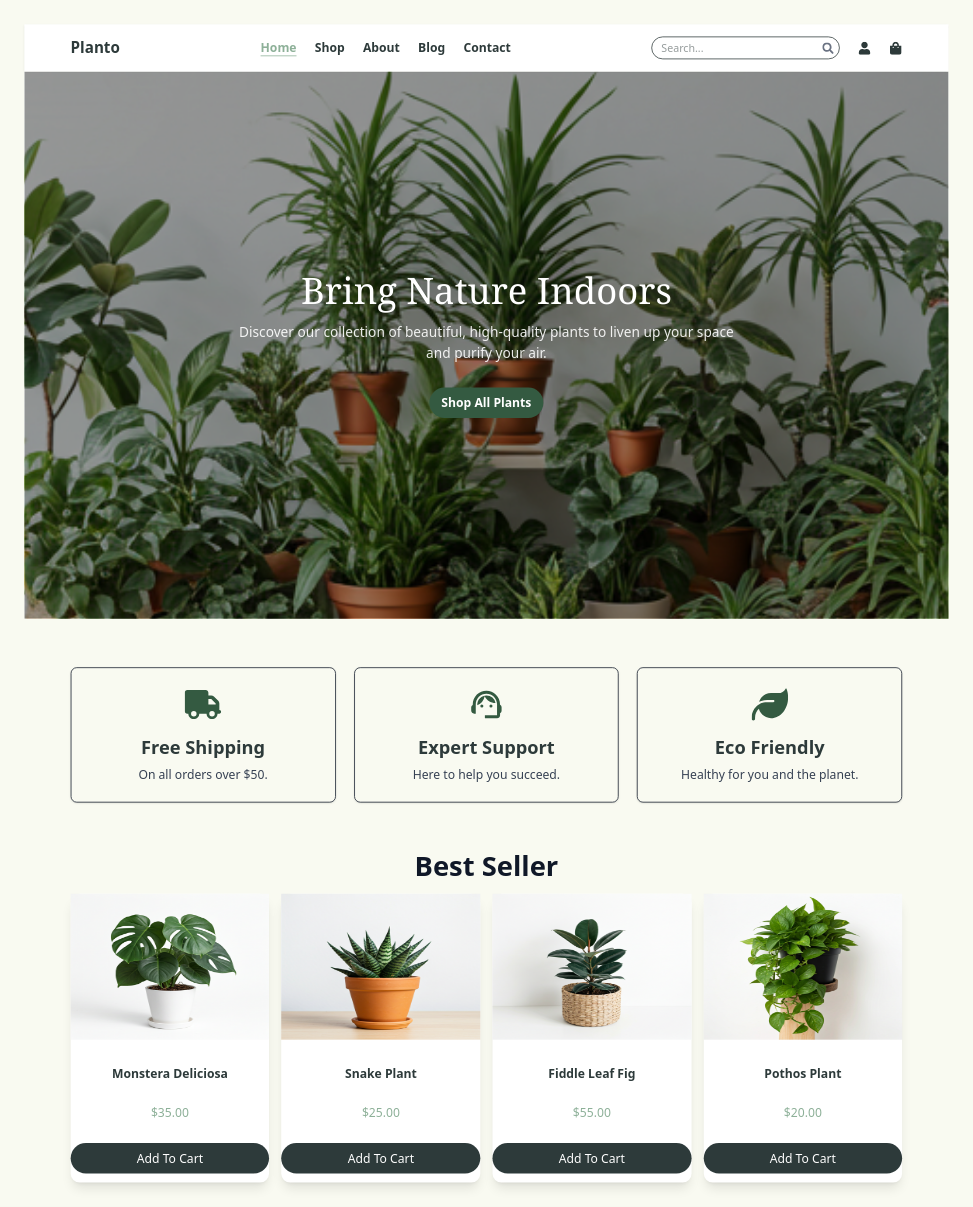
Repository: mazenessam99/Planto
Page: /
These files come from the project's save history. The page is drawn as it stood at one moment and after a run of saves; the edit follows.
The browser window is 1280 px wide. The pictures show the whole page, at 76% of full size.
The project was rebuilt for these pictures with package versions that can differ from the ones it lists, and the page was loaded fresh each time. Also part of the build but not shown: vite.config.js.

Above is the page before, as saved 2025-11-22 23:08:51.

After the next 2 saves:
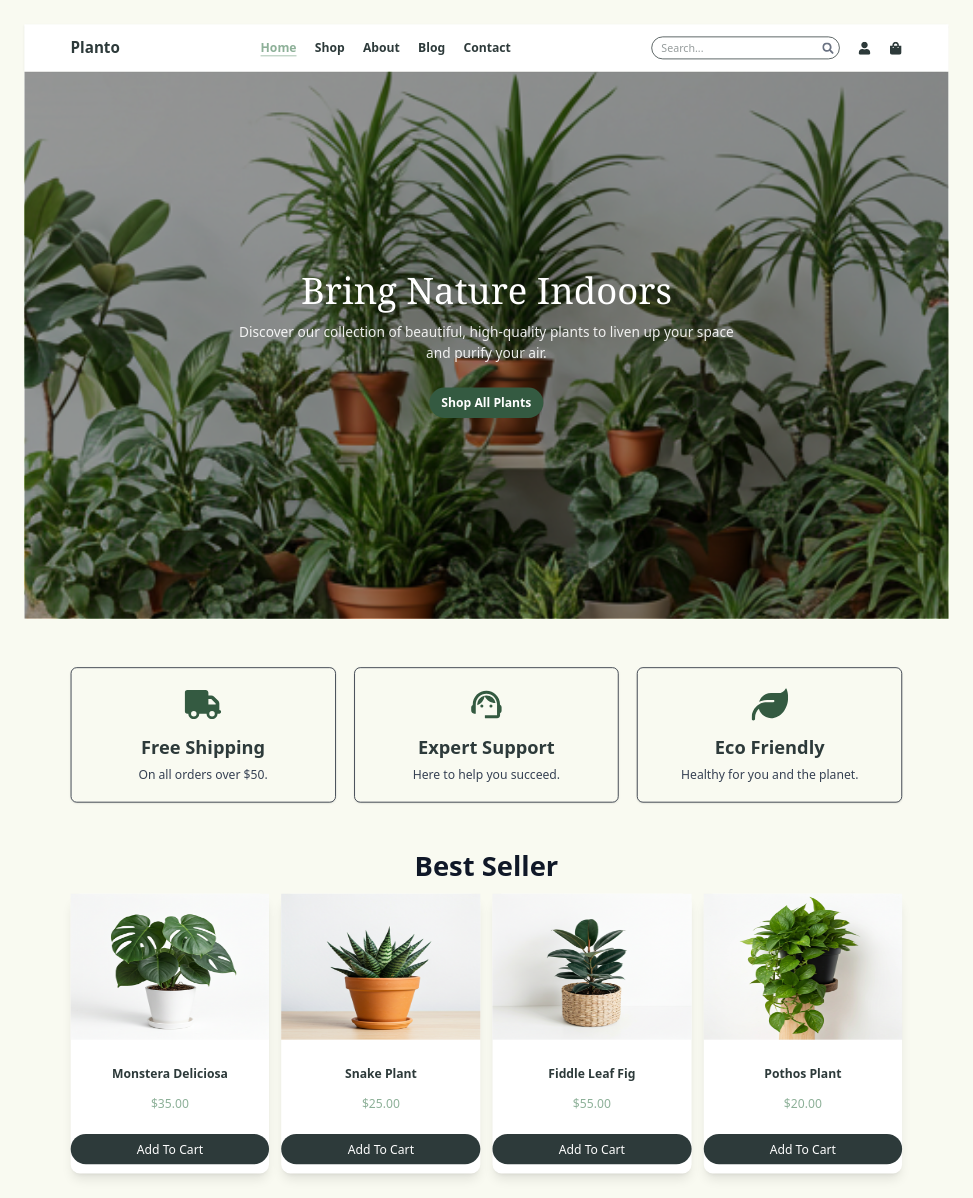
The 2 saves are shown as one change because they came seconds apart.
The last was saved 6 s later.
--- a/src/components/ui/ProductCard.jsx
+++ b/src/components/ui/ProductCard.jsx
@@ -7,7 +7,7 @@ const ProductCard = ({src,title,price,showButton=true,buttonText='Add To Cart'})
         <img src={src} className="w-full h-full"/>
       </div>
       <h3 className="mt-4 font-bold text-primary">{title}</h3>
-      <p className="mt-3 text-secondary">{price}</p>
+      <p className=" text-secondary">{price}</p>
       {showButton&&(
         <Button className="my-3 ">
           {buttonText}
